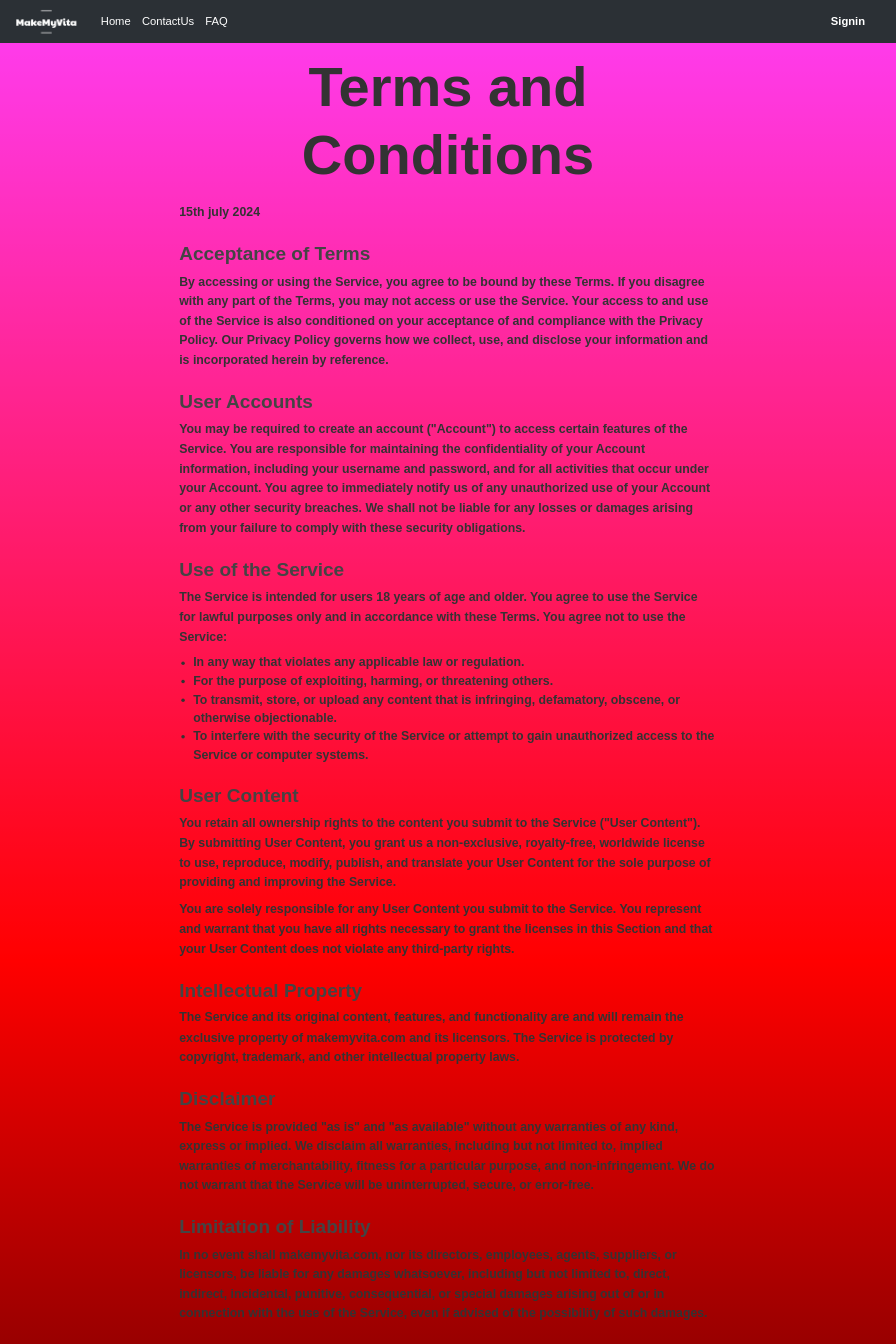
Repository: Tejaakshaykumar/MakeMyVita-Resume-Builder-Website
Page: /T&C (app in frontend/)
An editor plug-in stored every save of this project. The page is shown before and after the next save, followed by the edit.
The browser window is 1280 px wide. The pictures show the part of the page from y = 0 to 1920 px (the page is 2936 px tall), at 70% of full size.
Some web libraries are served in a nearby version. The project was rebuilt for these pictures with package versions that can differ from the ones it lists, and the page was loaded fresh each time. Also part of the build but not shown: frontend/src/App.css, frontend/src/containers/About.js, frontend/src/containers/Buildresume.js, frontend/src/containers/Images.js, frontend/src/containers/Features.js, frontend/src/containers/Review.js, frontend/src/containers/Trybox.js, frontend/src/containers/Motionbox.js and 5 more.

Above is the page before, as saved 2024-06-10 11:46:13.

### frontend/public/index.html
<!DOCTYPE html>
<html lang="en">
  <head>
    <meta charset="utf-8" />
    <link rel="icon" href="%PUBLIC_URL%/favicon.ico" />
    <meta name="viewport" content="width=device-width, initial-scale=1" />
    <meta name="theme-color" content="#000000" />
    <meta
      name="description"
      content="Web site created using create-react-app"
    />
    <link rel="apple-touch-icon" href="%PUBLIC_URL%/logo192.png" />
    <!--
      manifest.json provides metadata used when your web app is installed on a
      user's mobile device or desktop. See https://developers.google.com/web/fundamentals/web-app-manifest/
    -->
    <link rel="manifest" href="%PUBLIC_URL%/manifest.json" />
    <link rel="stylesheet" href="https://stackpath.bootstrapcdn.com/bootstrap/4.5.2/css/bootstrap.min.css">
  <link rel="stylesheet" href="https://stackpath.bootstrapcdn.com/font-awesome/4.7.0/css/font-awesome.min.css">
  <link href="https://cdn.jsdelivr.net/npm/bootstrap@5.3.3/dist/css/bootstrap.min.css" rel="stylesheet" integrity="sha384-QWTKZyjpPEjISv5WaRU9OFeRpok6YctnYmDr5pNlyT2bRjXh0JMhjY6hW+ALEwIH" crossorigin="anonymous">
  <link href="https://cdn.jsdelivr.net/npm/bootstrap-icons@1.7.2/font/bootstrap-icons.css" rel="stylesheet">
    <!--
      Notice the use of %PUBLIC_URL% in the tags above.
      It will be replaced with the URL of the `public` folder during the build.
      Only files inside the `public` folder can be referenced from the HTML.

      Unlike "/favicon.ico" or "favicon.ico", "%PUBLIC_URL%/favicon.ico" will
      work correctly both with client-side routing and a non-root public URL.
      Learn how to configure a non-root public URL by running `npm run build`.
    -->
    <title>React App</title>
  </head>
  <body>
    <noscript>You need to enable JavaScript to run this app.</noscript>
    <div id="root"></div>
    <!--
      This HTML file is a template.
      If you open it directly in the browser, you will see an empty page.

      You can add webfonts, meta tags, or analytics to this file.
      The build step will place the bundled scripts into the <body> tag.

      To begin the development, run `npm start` or `yarn start`.
      To create a production bundle, use `npm run build` or `yarn build`.
    -->
  </body>
  <script src="https://cdn.jsdelivr.net/npm/bootstrap@5.3.3/dist/js/bootstrap.bundle.min.js" integrity="sha384-YvpcrYf0tY3lHB60NNkmXc5s9fDVZLESaAA55NDzOxhy9GkcIdslK1eN7N6jIeHz" crossorigin="anonymous"></script>
</html>

### frontend/src/containers/Navbar.js
import React from 'react';
import { useNavigate } from 'react-router-dom';
import logo from '../images/HubSpot Brand Kit/Logo/PNG/main-logo-white-transparent.png';
export default function Navbar() {
  const navigate = useNavigate();
  const handleSigninClick = () => {
    navigate('/signin');
  };
  return (
    <div>

      <nav className="navbar fixed-top navbar-expand-lg bg-body-tertiary" data-bs-theme="dark" >
      <div className="container-fluid" >
        <a className="navbar-brand" href="/">
        <img src={logo} alt="Logo" style={{height:'5vh',width:'15vh',objectFit:'cover'}} />
        </a>
        <button
          className="navbar-toggler"
          type="button"
          data-bs-toggle="collapse"
          data-bs-target="#navbarSupportedContent"
          aria-controls="navbarSupportedContent"
          aria-expanded="false"
          aria-label="Toggle navigation"
        >
          <span className="navbar-toggler-icon" />
        </button>
        <div className="collapse navbar-collapse" id="navbarSupportedContent">
          <ul className="navbar-nav me-auto mb-2 mb-lg-0">
            <li className="nav-item">
              <a className="nav-link active" aria-current="page" href="/">
                Home
              </a>
            </li>
            <li className="nav-item">
              <a className="nav-link active" aria-current="page" href="#">
                ContactUs
              </a>
            </li>
            <li className="nav-item">
              <a className="nav-link active" aria-current="page" href="/FAQ">
                FAQ
              </a>
            </li>
          </ul>
          <form className="d-flex">
            <button className=" btn btn-outline-success custom-btn" type="submit" onClick={handleSigninClick}>
            &nbsp;&nbsp;&nbsp;&nbsp;&nbsp;Signin&nbsp;&nbsp;&nbsp;&nbsp;&nbsp;
            </button>
          </form>
        </div>
      </div>
    </nav>

    </div>
  );
}

### frontend/src/containers/Foot.js
import React from 'react';
import './cont.css'; // Import the CSS file

export default function Foot() {
  return (
    <footer>
      <div className="footer-container ">
        <ul className="footer-nav">
        <li className="nav-item">
            <a className="nav-link" href="/aboutus">
              ABOUT US
            </a>
          </li>
          <>|</>
          <li className="nav-item">
            <a className="nav-link" href="/T&C">
              TERMS & CONDITIONS
            </a>
          </li>
          <>|</>
        <li className="nav-item">
            <a className="nav-link" href="/privacy">
              PRIVACY POLICY
            </a>
          </li>
          <>|</>
          <li className="nav-item">
            <a className="nav-link" href="#">
              CONTACT US
            </a>
          </li>
          <>|</>
          <li className="nav-item">
            <a className="nav-link" href="/FAQ">
              FAQs
            </a>
          </li>
        </ul>
        <div class="social-icons">
        <a href="https://www.facebook.com" target="_blank" aria-label="Facebook">
          <i class="bi bi-facebook"></i>
        </a>
        <a href="https://www.instagram.com" target="_blank" aria-label="Instagram">
          <i class="bi bi-instagram"></i>
        </a>
        <a href="https://www.pinterest.com" target="_blank" aria-label="Pinterest">
          <i class="bi bi-pinterest"></i>
        </a>
        <a href="https://www.youtube.com" target="_blank" aria-label="YouTube">
          <i class="bi bi-youtube"></i>
        </a>
        <a href="https://www.linkedin.com" target="_blank" aria-label="LinkedIn">
          <i class="bi bi-linkedin"></i>
        </a>
        <a href="https://www.twitter.com" target="_blank" aria-label="Twitter">
          <i class="bi bi-twitter"></i>
        </a>
      </div>
      <div className="footer-copy">
          &copy; 2024 developed by Teja Akshay Kumar
      </div>
      </div>
    </footer>
  );
}

### frontend/src/containers/cont.css
/* navbar */
.custom-btn {
  color: white;
}
.custom-btn:hover {
  color: black;
  background-color: white;
}

.footer-container {
  height: 25vh;
  width: 100%;
  background-color: rgb(0, 0, 0);
  color: white;
  display: flex;
  flex-direction: column;
  align-items: center;
  /* padding-bottom: 3%; */
  /* justify-content: center; */
}

.footer-nav {
  display: flex;
  list-style: none;
  padding-top: 30px;
  margin: 0;
}

.footer-nav .nav-item {
  margin: 0 50px;
}

.footer-nav .nav-item .nav-link {
  color: white;
  text-decoration: none;
  /* text-transform: uppercase; */
  /* text-decoration: underline; */
}

.footer-nav .nav-item .nav-link:hover {
  text-decoration: underline;
}

.footer-copy {
  /* padding-top: 5%; */
  text-align: center;
  font-size: large;
  font-weight: 500;
  /* padding-bottom: 3%; */
}

.social-icons {
  display: flex;
  justify-content: center;
  gap: 40px;
  padding: 40px;
  /* background-color: #f0f0f0; */
}

.social-icons a {
  color: #ffffff;
  font-size: 24px;
  text-decoration: none;
}

.social-icons a:hover {
  color: #007bff;
}

/* Features */

.feature-component {
  height: 90vh;
  width: 100%;
  display: flex;
  justify-content: flex-start;
  flex-wrap: wrap;
  margin-top: 10%;
  padding-left: 8%;
  padding-right: 8%;
}
.feature {
  flex: 1 1 30%;
  box-sizing: border-box;
  padding: 20px;
  margin: 10px;
  text-align: center;
  background-color: #fff;
  border-radius: 8px;
  /* box-shadow: 0 4px 8px rgba(0, 0, 0, 0.1); */
}

.feature img {
  width: 60px;
  height:80px;
  margin-bottom: 10px;
}

.feature h3 {
  font-size: 1.5em;
  margin-bottom: 10px;
  font-weight: 500;
  font-family:'Franklin Gothic Medium', 'Arial Narrow', Arial, sans-serif;
}

.feature p {
  font-size: 1.3em;
  color: #666;
  font-weight: 400;
  font-family: 'Gill Sans', 'Gill Sans MT', Calibri, 'Trebuchet MS', sans-serif;
}

.feature:hover {
  background: linear-gradient(to right, #fd4908, #1e90ff);
  box-shadow: black;
  border-radius: 5%;
  color: rgb(255, 255, 255);
}

.feature:hover h3,
.feature:hover p {
  color: rgb(255, 255, 255);
}

/* About */
.resume-builder-container {
  display: flex;
  flex-direction: row;
  justify-content: space-between;
  align-items: center;
  padding: 10vh;
  /* background-color: #fff; */
  background: linear-gradient(to right, #84eefc, #ffffff, #ffffff);
  /* background:linear-gradient(to left, #00e1ff,#ffffff, #ffffff); */
  /* border: 1px solid #ddd; */
  /* border-radius: 8px; */
  /* box-shadow: 0 2px 4px rgba(0, 0, 0, 0.1); */
  height: 80vh;
}

.resume-builder-container1 {
  display: flex;
  flex-direction: row;
  justify-content: space-between;
  align-items: center;
  padding: 10vh;
  height: 80vh;
  background: linear-gradient(to top, #ffffff, #59CE8F,#E8F9FD, #ffffff);
}

/* .resume-builder-image {
    -webkit-mask-image: radial-gradient(circle, rgba(0, 0, 0, 1) 50%, rgba(0, 0, 0, 0) 90%);
    mask-image: radial-gradient(circle, rgba(0, 0, 0, 1) 50%, rgba(0, 0, 0, 0) 90%);
  }
   */
.resume-builder-content {
  max-width: 60%;
  padding: 10%;
}

.resume-builder-content1 {
  max-width: 70%;
  padding: 10%;
}

.resume-builder-content h1 {
  font-size: 4em;
  color: #333;
  margin-bottom: 10px;
  font-family: "Franklin Gothic Medium", "Arial Narrow", Arial, sans-serif;
  text-align: left;
}

.resume-builder-content p {
  font-size: 1.4em;
  font-weight: 400;
  color: #666;
  line-height: 1.5;
  margin-bottom: 20px;
  /* padding-left: 2%; */
  /* text-align: center; */
}

.resume-builder-content1 h1 {
  font-size: 4em;
  color: #333;
  margin-bottom: 10px;
  font-family: "Franklin Gothic Medium", "Arial Narrow", Arial, sans-serif;
  text-align: left;
}

.resume-builder-content1 p {
  font-size: 1.4em;
  font-weight: 400;
  color: #666;
  line-height: 1.5;
  margin-bottom: 20px;
  /* padding-left: 2%; */
  /* text-align: center; */
}

.aboutbutton {
  height: 6vh;
  width: 27%;
  margin-left: 20%;
  margin-top: 2%;
  text-align: center;
  font-weight: 500;
  border-radius: 7px;
  color: #ffffff;
  font-weight: 700;
  transition: background 0.3s ease;
  /* border-style:solid; */
  border-color: white;
  background: #3e14fc;
  box-shadow: 0 2px 6px rgba(24, 23, 23, 0.801);
  /* box-shadow: #3e14fc; */
}
.aboutbutton:hover {
  transition: background 0.3s ease;
  border-style: solid;
  background: linear-gradient(to right, #ffd000, #ff0000);
  box-shadow: #3e14fc;
}

.create-now-button {
  background-color: #00b0ff;
  color: #fff;
  border: none;
  padding: 10px 20px;
  font-size: 1em;
  border-radius: 5px;
  cursor: pointer;
}

.create-now-button:hover {
  background-color: #008cba;
}

.resume-builder-image {
  max-width: 40%;
}

.resume-builder-image img {
  max-width: 100%;
  height: auto;
  border-radius: 8px;
}

.text-gradient {
  background: linear-gradient(to right, #ff7f50, #1e90ff);
  -webkit-background-clip: text;
  -webkit-text-fill-color: transparent;
  background-clip: text;
  color: transparent;
}

.icon-container {
  width: 100%;
  height: 100px;
  overflow: hidden;
  white-space: nowrap;
  position: relative;
  background-color: #ffffff;
  padding-bottom: 25px;
}

.icons {
  display: inline-block;
  animation: moveIcons 40s linear infinite;
}

.icons img {
  font-size: 24px;
  margin: 0 15px; /* Add some margin between icons */
  color: #333;
  /* width: 100px; Adjust the size as needed */
  height: 50px;
}

@keyframes moveIcons {
  0% {
    transform: translateX(70%);
  }
  100% {
    transform: translateX(-100%);
  }
}

.try {
  height: 30vh;
  width: 100%;
  background-image: url("C:/Users/tejaa/Downloads/pexels-magda-ehlers-pexels-1279813.jpg");
  background-size: cover;
  align-items: center;
  display: flex;
  flex-direction: column;
  justify-content: center;
  margin-bottom: 7vh;
  margin-top: 5vh;
}

.try h2 {
  font-size: 280%;
  color: antiquewhite;
  text-shadow: 5px 5px 3px rgba(0, 0, 0, 0.3);
}
.try button {
  height: 4vh;
  width: 15%;
  font-weight: 700;
  border-radius: 5cm;
  color: blanchedalmond;
  border: #ffffff;
  background: linear-gradient(to right, #fd0808, #a51eff);
}

/* Review */
/* Styles for the main container */
/* Swiper specific styles */
/* #App {
  height: 100%;
}
html,
body {
  position: relative;
  height: 100%;
}

body {
  background: #eee;
  font-family: Helvetica Neue, Helvetica, Arial, sans-serif;
  font-size: 14px;
  color: #000;
  margin: 0;
  padding: 0;
} */
.swiper-container {
  /* position: relative; */
  height: 30vh;
  background: #ffffff;
  font-family: Helvetica Neue, Helvetica, Arial, sans-serif;
  font-size: 14px;
  color: #000;
  margin: 30px;
  padding: 10px;
  display: flex;
  flex-direction: row;
  justify-content: center;
}

.swiper {
  width: 100%;
  height: 100%;
}

.swiper-slide {
  text-align: center;
  font-size: 18px;
  background: #ffffff;
  display: flex;
  justify-content: center;
  align-items: center;
  padding-top: 20%;
  /* margin: 5%; */
}

.swiper-slide img {
  display: block;
  width: 100%;
  height: 100%;
  object-fit: cover;
}

.autoplay-progress {
  position: absolute;
  right: 16px;
  bottom: 16px;
  z-index: 10;
  width: 48px;
  height: 48px;
  display: flex;
  align-items: center;
  justify-content: center;
  font-weight: bold;
  color: var(--swiper-theme-color);
}

.autoplay-progress svg {
  --progress: 0;
  position: absolute;
  left: 0;
  top: 0px;
  z-index: 10;
  width: 100%;
  height: 100%;
  stroke-width: 4px;
  stroke: var(--swiper-theme-color);
  fill: none;
  stroke-dashoffset: calc(125.6px * (1 - var(--progress)));
  stroke-dasharray: 125.6;
  transform: rotate(-90deg);
}

### frontend/src/pages/pagestyles.css
/* TandC */

.tandc-container {
    max-width: 100%;
    /* margin: 0 auto; */
    padding: 6% 20%;
    font-family: Arial, sans-serif;
    background: linear-gradient(to top,rgb(0, 0, 0),rgb(255, 0, 0),rgba(255, 0, 242, 0.76));
    color: #333;
    /* margin-top: 7%; */
    margin-bottom: -2%;

  }

  .tandc-container h1 {
    text-align: center;
    margin-bottom: 20px;
    font-weight: 700;
    font-size: 5rem;
  }

  .tandc-container h2 {
    margin-top: 30px;
    color: #444;
    font-weight: 700;
    font-size: 1.7rem;
  }

  .tandc-container p {
    line-height: 1.6;
    font-weight: 600;
    font-size: 1.1rem;
  }

  .tandc-container ul {
    list-style-type: disc;
    padding-left: 20px;
    font-weight: 600;
    font-size: 1.1rem;
  }

  .tandc-container a {
    color: #1a73e8;
    text-decoration: none;
  }

  .tandc-container a:hover {
    text-decoration: underline;
  }


  /* Privacy */
  .privacy-container {
    max-width: 800px;
    margin: 0 auto;
    padding: 20px;
    font-family: 'Arial', sans-serif;
    color: #333;
    line-height: 1.6;
    background-color: #fff;
    border-radius: 8px;
    box-shadow: 0 0 10px rgba(0, 0, 0, 0.1);
  }

  h1 {
    text-align: center;
    color: #333;
    font-size: 2.5rem;
    margin-bottom: 20px;
  }

  h2 {
    color: #444;
    font-size: 1.75rem;
    margin-top: 20px;
  }

  h3 {
    color: #555;
    font-size: 1.5rem;
    margin-top: 15px;
  }

  p {
    margin-bottom: 10px;
  }

  ul {
    list-style-type: disc;
    padding-left: 20px;
  }

  a {
    color: #1a73e8;
    text-decoration: none;
  }

  a:hover {
    text-decoration: underline;
  }

  @media (max-width: 600px) {
    .privacy-container {
      padding: 10px;
    }

    h1 {
      font-size: 2rem;
    }

    h2 {
      font-size: 1.5rem;
    }

    h3 {
      font-size: 1.25rem;
    }
  }

  /* Aboutus */
  .about-container {
    font-family: 'Arial', sans-serif;
    color: #fff;
    max-width: 1200px;
    margin: 0 auto;
    padding: 20px;
    background-color: #000; /* For overall contrast, adjust as needed */
  }

  .about-top {
    position: relative;
    text-align: center;
    color: white;
  }

  .about-image {
    width: 100%;
    height: auto;
    border-radius: 10px;
    opacity: 0.8;
  }

  .about-content {
    position: absolute;
    top: 50%;
    left: 50%;
    transform: translate(-50%, -50%);
    background-color: rgba(0, 0, 0, 0.5); /* Semi-transparent background */
    padding: 20px;
    border-radius: 10px;
    max-width: 90%;
    text-align: left;
  }

  .about-content h1 {
    font-size: 3rem;
    margin-bottom: 10px;
  }

  .about-content p {
    font-size: 1.2rem;
  }

  .about-bottom {
    background-color: #222;
    padding: 40px;
    border-radius: 10px;
    margin-top: 20px;
  }

  .about-bottom h2 {
    font-size: 2rem;
    margin-bottom: 20px;
  }

  .about-bottom p,
  .about-bottom ul {
    font-size: 1.2rem;
    line-height: 1.6;
  }

  .about-bottom ul {
    list-style-type: disc;
    padding-left: 20px;
  }

  .about-bottom h3 {
    font-size: 1.5rem;
    margin-top: 20px;
  }

  @media (max-width: 768px) {
    .about-content h1 {
      font-size: 2rem;
    }

    .about-content p {
      font-size: 1rem;
    }

    .about-bottom h2 {
      font-size: 1.5rem;
    }

    .about-bottom p,
    .about-bottom ul {
      font-size: 1rem;
    }
  }

  /* FAQ */
  /* styles.css */

/* body, html {
  margin: 0;
  padding: 0;
  font-family: Arial, sans-serif;
  background-color: #f7f7f7;
}

.app {
  display: flex;
  justify-content: center;
  align-items: center;
  min-height: 100vh;
  padding: 20px;
} */

.faq-container {
  background-color: white;
  padding: 20px;
  border-radius: 8px;
  max-width: 800px;
  width: 100%;
  box-shadow: 0 4px 8px rgba(0, 0, 0, 0.1);
}

.faq-container h1 {
  text-align: center;
  margin-bottom: 20px;
}

.faq-container input {
  width: 100%;
  padding: 10px;
  margin-bottom: 20px;
  border: 1px solid #ccc;
  border-radius: 4px;
}

.faq-list {
  max-height: 500px;
  overflow-y: auto;
}

.faq-item {
  border-bottom: 1px solid #eee;
  padding: 10px 0;
}

.faq-question {
  cursor: pointer;
  font-weight: bold;
}

.faq-answer {
  margin-top: 10px;
}

.related-articles {
  margin-top: 10px;
}

.related-articles h4 {
  margin-bottom: 5px;
}

.related-articles ul {
  padding-left: 20px;
  margin: 0;
}

.related-articles li {
  list-style-type: disc;
}



  /* Dashboard */
  body {
    font-family: Arial, sans-serif;
  }

  .sidebar {
    position: fixed;
    top: 0;
    bottom: 0;
    left: 0;
    z-index: 100;
    padding: 48px 0 0;
    box-shadow: inset -1px 0 0 rgba(0, 0, 0, .1);
  }

  .sidebar .nav-link {
    font-weight: 500;
    color: #333;
  }

  .sidebar .nav-link.active {
    color: #007bff;
  }

  .sidebar .nav-link:hover {
    color: #007bff;
  }

  .sidebar .sidebar-title {
    padding: 16px;
    font-size: 1.5rem;
    text-align: center;
  }

  .sidebar-footer {
    position: absolute;
    bottom: 0;
    width: 100%;
    padding: 16px;
    text-align: center;
  }

  .sidebar-footer .nav-link {
    color: #007bff;
  }

  .sidebar-footer .nav-link:hover {
    color: #0056b3;
  }

  .badge-new {
    background-color: #28a745;
    color: white;
    padding: 4px 8px;
    border-radius: 12px;
  }

  .card {
    margin-bottom: 1.5rem;
  }

  .card-title {
    font-size: 1.5rem;
    font-weight: bold;
  }

  .alert {
    margin-bottom: 0;
    font-size: 0.875rem;
  }

  @media (max-width: 767.98px) {
    .sidebar {
      position: relative;
      width: 100%;
      height: auto;
    }

    .sidebar .nav-link {
      font-size: 0.875rem;
    }
  }


  /* Signin */


  .signin {
    /* background: linear-gradient(45deg, #a1c4fd, #c2e9fb); */
    font-family: 'Arial', sans-serif;
    /* background:linear-gradient(to top,#000000,#5A72A0,#83B4FF,#FDFFE2); */
    background:linear-gradient(to top,#000000,#243763);
    /* background:linear-gradient(to top,#000000,#E96479,#F5E9CF,#c4fffd); */

    height: 100vh;
    display: flex;
    justify-content: center;
    align-items: center;
    margin-bottom: -2%;
  }

  .signin-container {
    text-align: center;

  }

  .signin-box {
    background: #fff;
    padding: 40px;
    border-radius: 8px;
    box-shadow: 0px 0px 20px rgba(0, 0, 0, 0.301);
    width: 500px;
    max-width: 90%;
  }

  .signin-header h2 {
    font-size: 24px;
    font-weight: 700;
    margin-bottom: 10px;
  }

  .signin-header p {
    font-size: 14px;
    color: #777;
    margin-bottom: 20px;
  }

  .form-group {
    margin-bottom: 15px;
  }

  .form-group label {
    display: block;
    text-align: left;
    margin-bottom: 5px;
  }

  .form-control {
    width: 100%;
    padding: 10px;
    border: 1px solid #ccc;
    border-radius: 4px;
    box-sizing: border-box;
  }

  .input-group {
    display: flex;
    align-items: center;
  }

  .input-group-append {
    background: #fff;
    border: 1px solid #ccc;
    border-left: 0;
    padding: 10px;
    border-radius: 0 4px 4px 0;
    cursor: pointer;
  }

  .form-check {
    display: flex;
    align-items: center;
    justify-content: space-between;
    margin: 20px 0;
  }

  .form-check-input {
    margin-right: 10px;
  }

  .form-check-label {
    margin-right: auto;
  }

  .forgot-password {
    color: #000;
    text-decoration: none;
  }

  .btn {
    width: 100%;
    padding: 10px;
    border: none;
    border-radius: 4px;
    cursor: pointer;
    font-size: 16px;
    font-weight: bold;
  }

  .btn-primary {
    background: #000;
    color: #fff;
  }

  .or-use {
    margin: 20px 0;
  }

  .or-use span {
    background: #fff;
    padding: 0 10px;
    color: #777;
  }

  .social-login {
    display: flex;
    justify-content: center;
    margin: 20px 0;
  }

  .social-login button {
    margin: 0 10px;
    width: 50px;
    height: 50px;
    border-radius: 50%;
    border: 1px solid #ccc;
    display: inline-flex;
    justify-content: center;
    align-items: center;
    background: #fff;
    cursor: pointer;
  }

  footer {
    margin-top: 20px;
  }

  footer p {
    font-size: 14px;
    color: #777;
  }

Loaded but not shown: frontend/src/index.js (common file); frontend/src/index.css (common file); frontend/src/reportWebVitals.js (common file); frontend/src/pages/TandC.js (106 lines, source omitted); frontend/src/App.js (99 lines, source omitted)

After the next save:
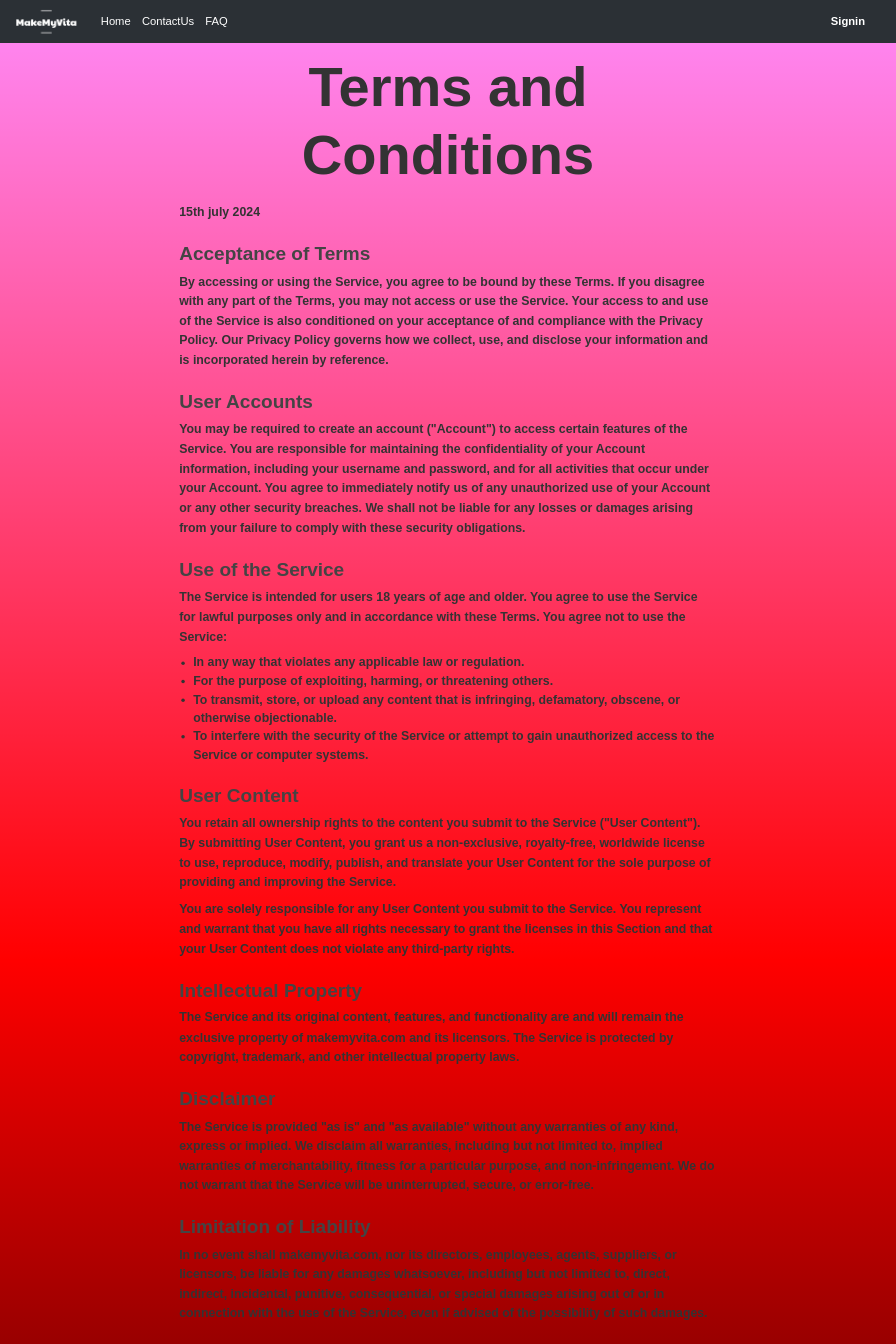
Saved 7 s later.
--- a/frontend/src/pages/pagestyles.css
+++ b/frontend/src/pages/pagestyles.css
@@ -5,7 +5,7 @@
     /* margin: 0 auto; */
     padding: 6% 20%;
     font-family: Arial, sans-serif;
-    background: linear-gradient(to top,rgb(0, 0, 0),rgb(255, 0, 0),rgba(255, 0, 242, 0.76));
+    background: linear-gradient(to top,rgb(0, 0, 0),rgb(255, 0, 0),rgba(255, 0, 242, 0.459));
     color: #333;
     /* margin-top: 7%; */
     margin-bottom: -2%;
